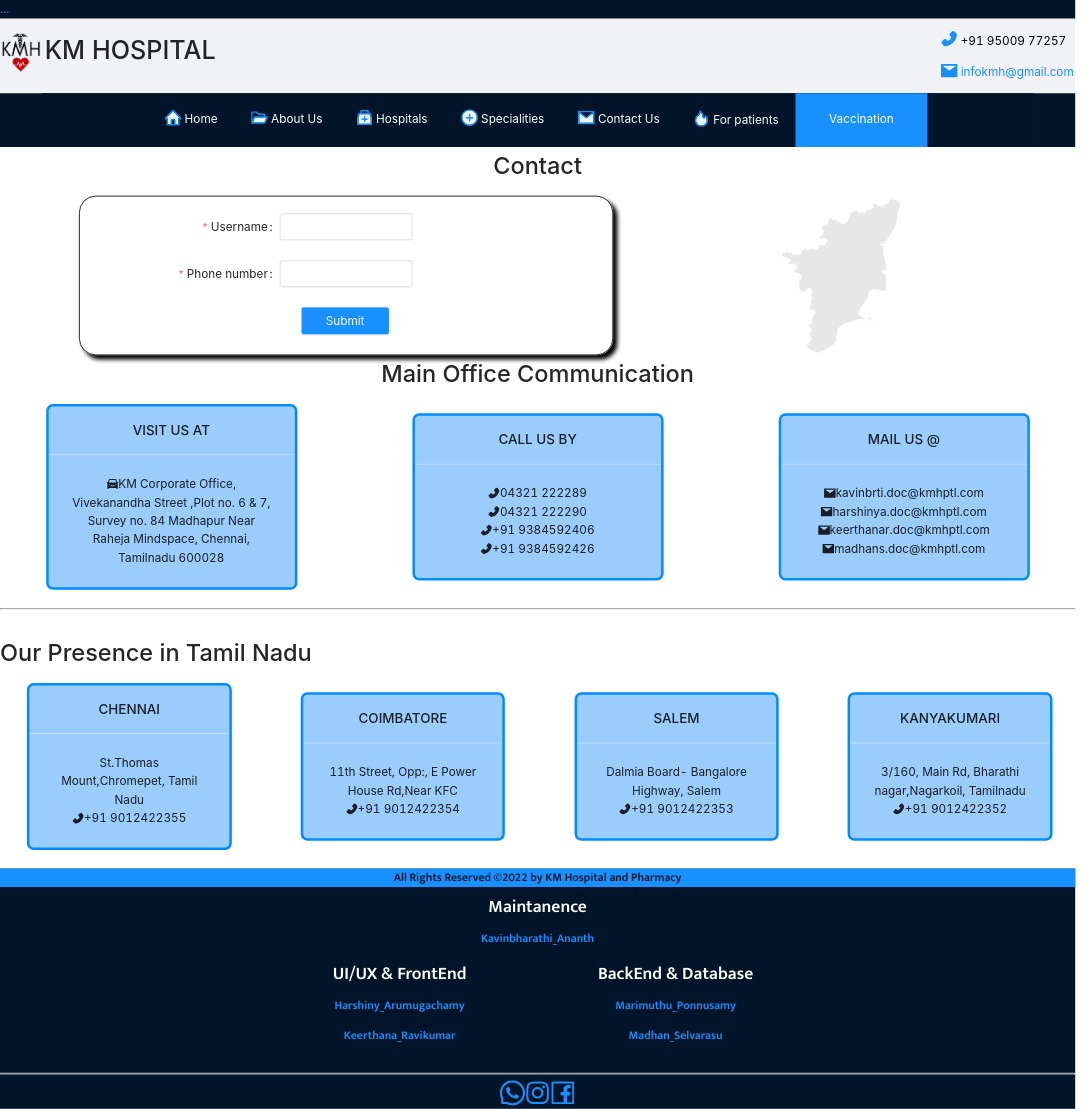
Repository: marimuthu1001/KHM-hospital
Page: /contactus (app in km-hospital/)
An editor plug-in stored every save of this project. The page is shown before and after the next save, followed by the edit.
The browser window is 1280 px wide. The page is 1297 px wide, so the pictures cover 1297 px, including what lies to the right of the window. The pictures show the whole page, at 84% of full size.
The project was rebuilt for these pictures with package versions that can differ from the ones it lists, and the page was loaded fresh each time. Also part of the build but not shown: km-hospital/src/Pages/AboutUS.jsx, km-hospital/src/Styles/Specialities.module.css, km-hospital/src/Pages/Specialities.jsx, km-hospital/src/firebase.js, km-hospital/src/Pages/Feedback.jsx.

Above is the page before, as saved 2022-01-25 12:25:53.

After the next save:
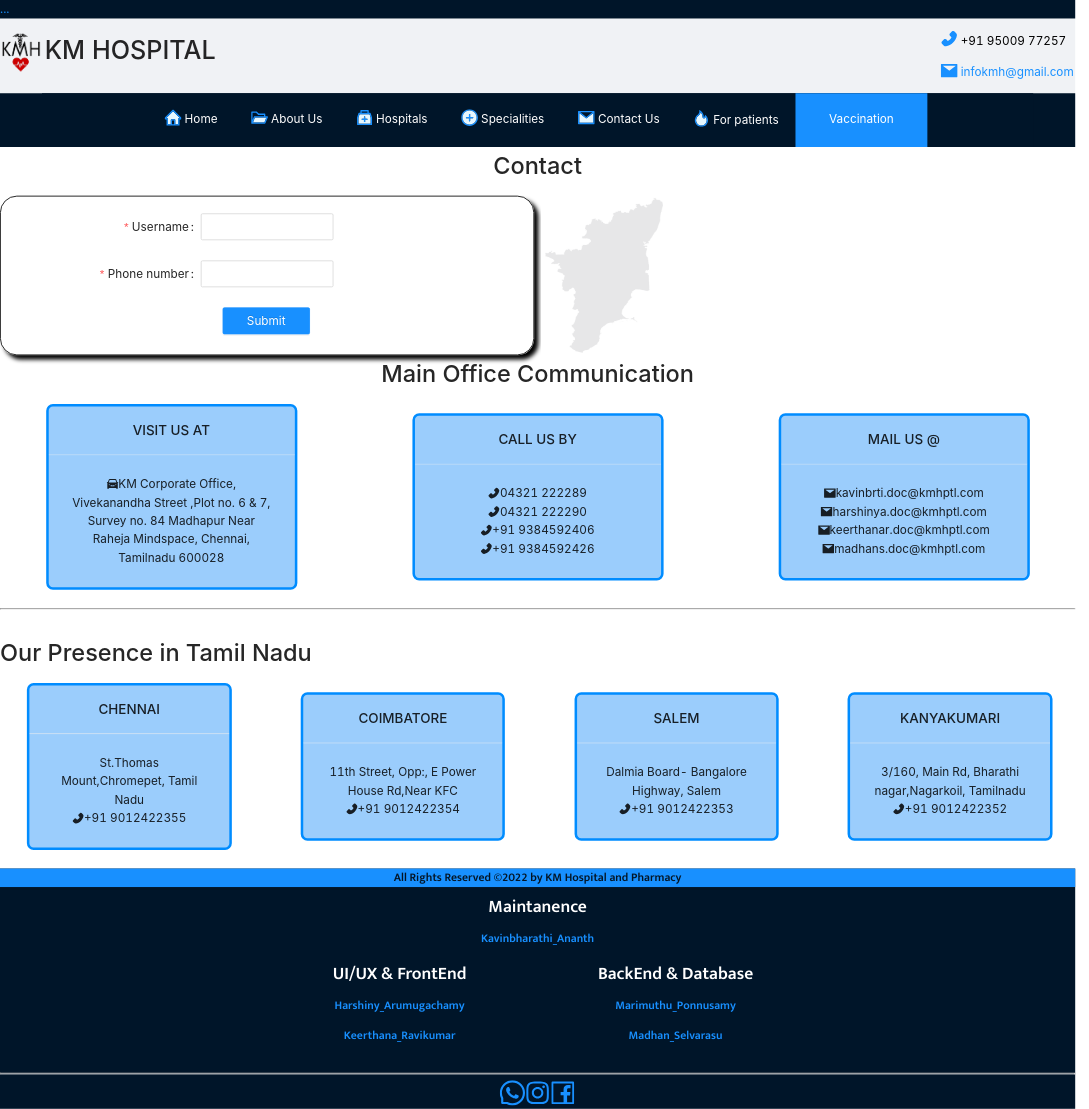
Saved 73 s later.
--- a/km-hospital/src/Pages/ContactUs.jsx
+++ b/km-hospital/src/Pages/ContactUs.jsx
@@ -26,7 +26,7 @@
             </div>
 
 
-<Row justify="space-around" align="middle" gutter={8}>
+<Row  gutter={8}>
         <Col span={12}>
         <Form className={Styles.form}
                     name="basic"

After the save that followed:
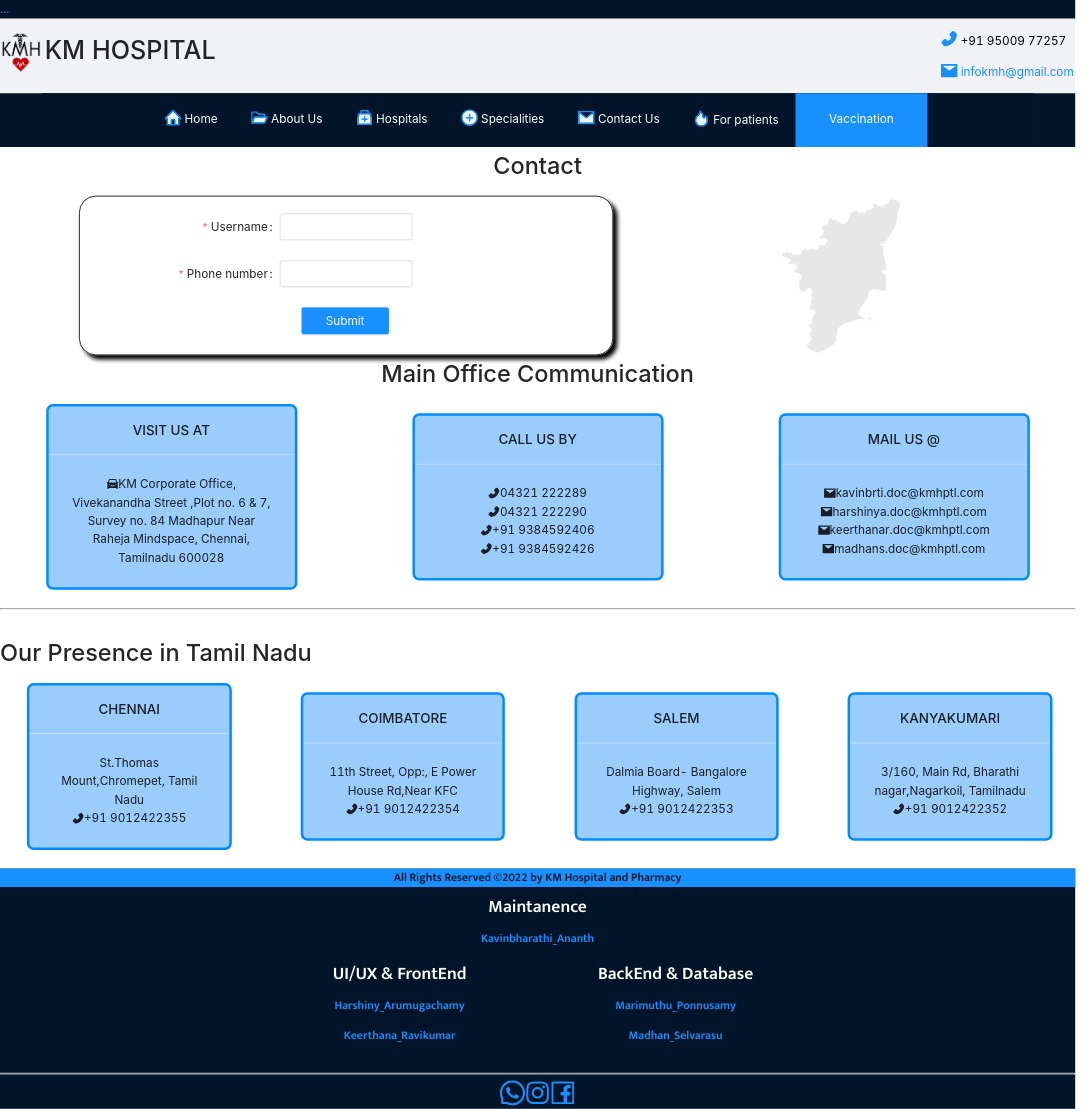
Saved 15 s later.
--- a/km-hospital/src/Pages/ContactUs.jsx
+++ b/km-hospital/src/Pages/ContactUs.jsx
@@ -26,7 +26,7 @@
             </div>
 
 
-<Row  gutter={8}>
+<Row justify="space-around" align="middle" gutter={8}>
         <Col span={12}>
         <Form className={Styles.form}
                     name="basic"
